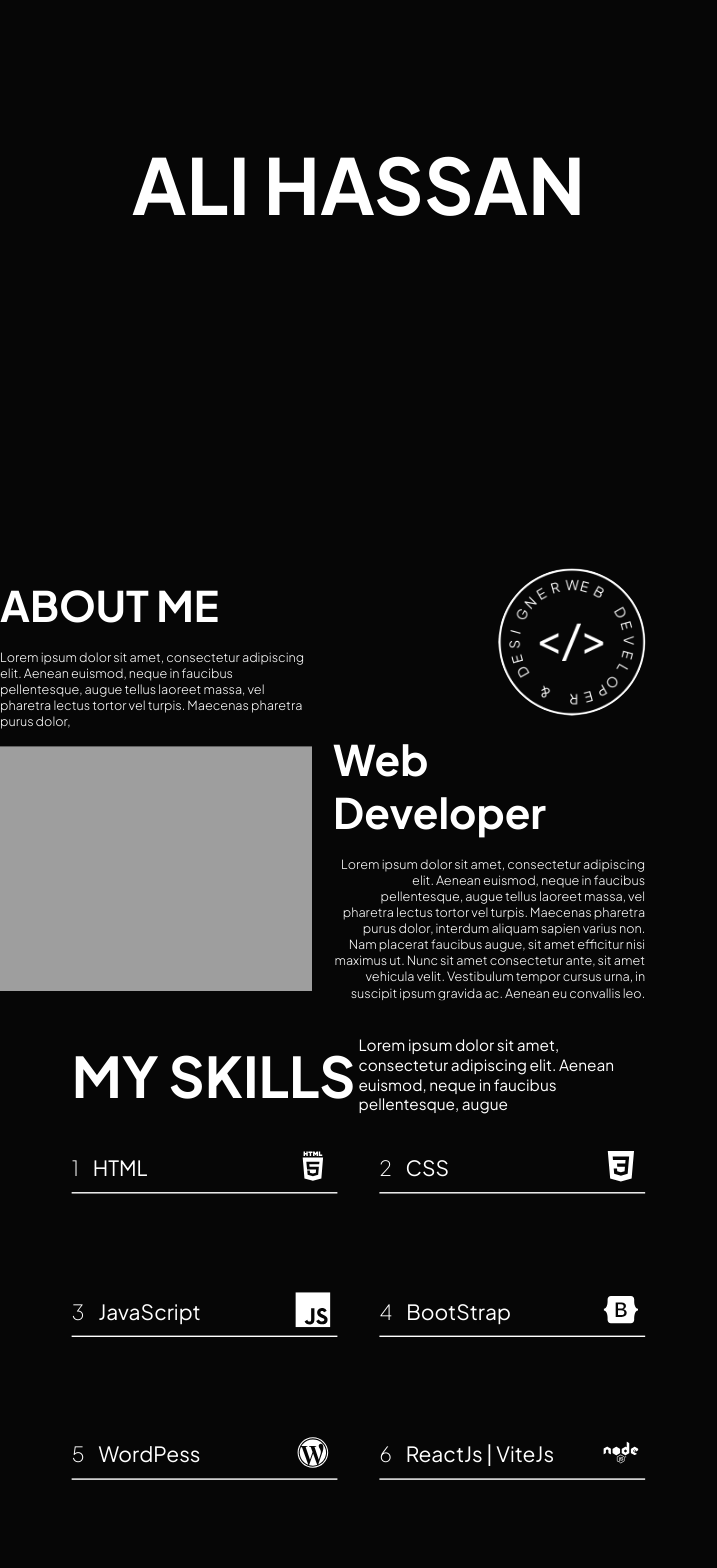
Repository: AliHassan02-Dev/PORTFOLIO
Page: / (app in Front-end/)
These files come from the project's save history. The page is drawn as it stood at one moment and after the next save; the edit follows.
The browser window is 1024 px wide. The pictures show the part of the page from y = 330 to 2570 px (the page is 3735 px tall), at 70% of full size.
Pictures or frames that could not be fetched are drawn as grey boxes. The project was rebuilt for these pictures with package versions that can differ from the ones it lists, and the page was loaded fresh each time. Also part of the build but not shown: Front-end/vite.config.js, Front-end/src/Pages/Projects.jsx, Front-end/src/Pages/AllProjects.jsx, Front-end/src/Components/ProjectPreview.jsx.

Above is the page before, as saved 2024-08-24 07:25:19.

### Front-end/src/main.jsx
import React from 'react'
import ReactDOM from 'react-dom/client'
import App from './App.jsx'
import './App.css'
import { BrowserRouter, Route, Routes } from 'react-router-dom'
import AllProjects from './Pages/AllProjects.jsx'
import ProjectPreview from './Components/ProjectPreview.jsx'

ReactDOM.createRoot(document.getElementById('root')).render(
  <>
    <BrowserRouter>
      <Routes>
        <Route path='/' element={<App />} />
        <Route path='/Projects' element={<AllProjects />} />
        <Route path='/projects/projectPreview' element={<ProjectPreview />} />
      </Routes>
    </BrowserRouter>
  </>
)

### Front-end/src/App.css
@import url("https://fonts.googleapis.com/css2?family=Plus+Jakarta+Sans:ital,wght@0,200..800;1,200..800&display=swap");
* {
  margin: 0;
  padding: 0;
  box-sizing: border-box;
}

body {
  width: 100%;
  height: 100%;
  background-color: #060606;
  color: white;
  font-family: "Plus Jakarta Sans", sans-serif;
}

.mainWrapper {
  width: 100%;
  height: 100%;
  position: relative;
  overflow: hidden;
}

/* HOME CONTAINER CSS */
.homeContainer {
  width: 100vw;
  height: 1000px;
  display: flex;
  flex-direction: column;
}

/* NAVBAR CSS */
/* MENU CSS */
.menu {
  width: 100%;
  height: 1000px;
  position: fixed;
  background-color: #060606;
  transform: translateY(-100%);
  z-index: 20;
  display: flex;
  justify-content: center;
  align-items: center;
  opacity: 0;
}

.menu .links {
  width: 100%;
  display: flex;
  justify-content: center;
  align-items: center;
  flex-direction: column;
  height: 100%;
  gap: 40px;
}

.menu .links a {
  color: white;
  font-size: 40px;
  font-weight: 400;
  text-decoration: none;
  position: relative;
  padding-bottom: 10px;
}
.menu .links a::before {
  content: "";
  position: absolute;
  width: 0%;
  height: 2px;
  background-color: white;
  bottom: 0;
  left: 50%;
  transform: translateX(-50%);
  transition: all 0.3s ease-out;
}
.menu .links a:hover::before {
  width: 100%;
}

.navBar {
  margin: 30px auto;
  width: 80%;
  display: flex;
  justify-content: space-between;
  align-items: center;
  padding: 0px 20px;
  position: relative;
  /* left: 50%;
  transform: translateX(-50%); */
  z-index: 25;
}

.navBar a {
  text-decoration: none;
  font-size: 25px;
  font-weight: 600;
  color: white;
}

.navBar .menuBtn,
.navBar .menuBtn-active {
  width: 30px;
  height: 30px;
  display: flex;
  justify-content: center;
  align-items: flex-end;
  flex-direction: column;
  overflow: hidden;
  cursor: pointer;
  transition: all 0.3s ease-in-out;
  opacity: 1 !important;
}
.navBar .menuBtn span,
.navBar .menuBtn-active span {
  width: 100%;
  height: 3px;
  background-color: white;
  border-radius: 20px;
  cursor: pointer;
  transition: all 0.3s ease-in-out;
  opacity: 1 !important;
}
.navBar .menuBtn #line1 {
  transform: translateY(-8px);
}
.navBar .menuBtn #line2 {
  width: 70%;
}
.navBar .menuBtn #line3 {
  width: 40%;
  transform: translateY(8px);
}
/* ACTIVE CLASSES */
.navBar .menuBtn-active {
  width: 30px;
  height: 30px;
  transition: all 0.3s ease-in-out;
}

.navBar .menuBtn-active #line1 {
  transform: translateY(5px) rotate(45deg) !important;
}
.navBar .menuBtn-active #line2 {
  width: 70%;
  transform: translateX(150%) !important;
}
.navBar .menuBtn-active #line3 {
  width: 100%;
  transform: translateY(-1px) rotate(-45deg) !important;
}

/* HERO SECTION CSS */
.homeContainer .heroContainer {
  width: 100%;
  height: 100%;
  display: flex;
  flex-direction: column;
  justify-content: center;
  align-items: center;
  position: relative;
}

.homeContainer .heroContainer h2 {
  font-size: 180px;
  font-weight: bold;
  position: absolute;
  text-wrap: nowrap;
}
.homeContainer .heroContainer .nonStroke {
  z-index: 5;
}
.homeContainer .heroContainer .strokeText1,
.homeContainer .heroContainer .strokeText2 {
  -webkit-text-stroke: 2px #fff;
  -webkit-text-fill-color: #060606;
  opacity: 0;
}
.homeContainer .heroContainer .strokeText1 {
  transform: translateY(0%);
}
.homeContainer .heroContainer .strokeText2 {
  transform: translateY(0%);
}

/* HERO SECTION RESPONSIVE CSS */

@media (max-width: 1200px) {
  .homeContainer .heroContainer h2 {
    font-size: 110px;
  }
}

@media (max-width: 967px) {
  .homeContainer .heroContainer h2 {
    font-size: 80px;
  }
}

@media (max-width: 767px) {
  .homeContainer .heroContainer h2 {
    font-size: 70px;
  }
}

@media (max-width: 567px) {
  .homeContainer .heroContainer h2 {
    font-size: 50px;
  }
}

/* HERO SECTION END */

/* ABOUT SECTION CSS */
.mainWrapper .aboutContainer {
  width: 80%;
  height: 1000px;
  display: flex;
  justify-content: center;
  align-items: center;
  margin: auto;
  gap: 30px;
}

.mainWrapper .aboutContainer .left,
.mainWrapper .aboutContainer .right {
  flex: 1;
  display: flex;
  flex-direction: column;
  gap: 25px;
  overflow: hidden;
}

.mainWrapper .aboutContainer .left h2 {
  color: white;
  font-size: 80px;
  font-weight: bold;
}

.mainWrapper .aboutContainer .left p {
  color: white;
  font-size: 22px;
  font-weight: 300;
}

.mainWrapper .aboutContainer .left .imageBox {
  width: 100%;
  height: 350px;
  background-image: url(./assets/2.jpg);
  background-position: center;
  background-repeat: no-repeat;
  background-size: cover;
  transform-origin: top;
}

.mainWrapper .aboutContainer .right {
  align-items: flex-end;
}

.mainWrapper .aboutContainer .right .circleImg {
  width: 300px;
  height: 300px;
  border-radius: 100%;
  background-image: url(./assets/circleText.png);
  background-position: center;
  background-repeat: no-repeat;
  background-size: cover;
}

.mainWrapper .aboutContainer .right h2 {
  color: white;
  font-size: 80px;
  font-weight: bold;
}

.mainWrapper .aboutContainer .right p {
  color: white;
  font-size: 22px;
  font-weight: 300;
  text-align: right;
}

/* ABOUT SECTION RESPONSIVE */

@media (max-width: 1200px) {
  .mainWrapper .aboutContainer {
    width: 90%;
    height: auto;
    margin: 50px 0px;
  }

  .mainWrapper .aboutContainer .left h2 {
    font-size: 60px;
  }

  .mainWrapper .aboutContainer .left p {
    font-size: 18px;
  }

  .mainWrapper .aboutContainer .left .imageBox {
    width: 100%;
    height: 350px;
    background-image: url(./assets/2.jpg);
    background-position: center;
    background-repeat: no-repeat;
    background-size: cover;
    transform-origin: top;
  }

  .mainWrapper .aboutContainer .right .circleImg {
    width: 210px;
    height: 210px;
  }

  .mainWrapper .aboutContainer .right h2 {
    font-size: 60px;
  }

  .mainWrapper .aboutContainer .right p {
    font-size: 18px;
  }
}

/* ABOUT SECTION CSS END */

/* SKILLS SECTION CSS */
.mainWrapper .skillsContainer {
  width: 80%;
  height: 1000px;
  display: flex;
  justify-content: center;
  flex-direction: column;
  margin: auto;
  gap: 30px;
  overflow: hidden;
}

.mainWrapper .skillsContainer .top {
  width: 100%;
  display: flex;
  justify-content: space-between;
  align-items: center;
}

.mainWrapper .skillsContainer .top .left,
.mainWrapper .skillsContainer .top .right {
  flex: 1;
}

.mainWrapper .skillsContainer .top .left h2 {
  font-size: 80px;
  font-weight: bold;
  color: white;
}
.mainWrapper .skillsContainer .top .right p {
  font-size: 22px;
}

.mainWrapper .skillsContainer .bottom {
  width: 100%;
  display: flex;
  justify-content: space-between;
  align-items: flex-start;
  margin: 20px 0px;
}

.mainWrapper .skillsContainer .bottom {
  width: 100%;
  height: 100%;
  display: grid;
  grid-template-columns: 1fr 1fr;
  grid-template-rows: auto auto auto auto;
  gap: 0px 60px;
}
.mainWrapper .skillsContainer .bottom .skillBar {
  width: 100%;
  display: flex;
  justify-content: space-between;
  align-items: center;
  padding-bottom: 10px;
  position: relative;
  cursor: pointer;
}
.mainWrapper .skillsContainer .bottom .skillBar .left {
  display: flex;
  align-items: center;
  gap: 20px;
}

.mainWrapper .skillsContainer .bottom .skillBar .left p {
  color: white;
  font-size: 30px;
  font-weight: 200;
}
.mainWrapper .skillsContainer .bottom .skillBar .left h2 {
  color: white;
  font-size: 30px;
  font-weight: 400;
}

.mainWrapper .skillsContainer .bottom .skillBar .right .skillLogo {
  font-size: 50px;
  color: white;
  margin-right: 10px;
}

/* PROJECTS SECTION CSS */
.mainWrapper .projectContainer {
  width: 80%;
  height: 1000px;
  display: flex;
  justify-content: center;
  flex-direction: column;
  margin: auto;
  gap: 30px;
}

.mainWrapper .projectContainer .top {
  width: 100%;
  display: flex;
  justify-content: space-between;
  align-items: center;
}

.mainWrapper .projectContainer .top .left,
.mainWrapper .projectContainer .top .right {
  flex: 1;
}

.mainWrapper .projectContainer .top .left h2 {
  font-size: 80px;
  font-weight: bold;
  color: white;
}
.mainWrapper .projectContainer .top .right p {
  font-size: 22px;
}

.mainWrapper .projectContainer .bottom {
  width: 100%;
  display: flex;
  margin-top: 50px;
}

.mainWrapper .projectContainer .bottom {
  display: flex;
  flex-direction: column;
  overflow: hidden;
  gap: 100px;
}

.mainWrapper .projectContainer .bottom .projectBar {
  display: flex;
  justify-content: space-between;
  align-items: center;
  padding-bottom: 5px;
  position: relative;
  cursor: pointer;
  cursor: pointer;
}
.line {
  width: 100%;
  height: 2px;
  background-color: white;
  position: absolute;
  bottom: 0;
  left: 0;
}
.projectLine {
  width: 100%;
  height: 2px;
  background-color: white;
  position: absolute;
  bottom: 0;
  left: 0;
}
.mainWrapper .projectContainer .bottom .projectBar .left {
  display: flex;
  align-items: center;
  gap: 20px;
}

.mainWrapper .projectContainer .bottom .projectBar .left p {
  color: white;
  font-size: 30px;
  font-weight: 200;
}
.mainWrapper .projectContainer .bottom .projectBar .left h2 {
  color: white;
  font-size: 30px;
  font-weight: 400;
}

.mainWrapper .projectContainer .bottom .projectBar .right .arrow {
  font-size: 30px;
  color: white;
  margin-right: 10px;
  transform: rotate(-40deg);
}

/* HORIZONTAL SCROLING CSS */

.aboutSection,
.skillsSection,
.projectSection {
  width: 100vw;
  height: 1000px;
}

.aboutSection {
  background-color: burlywood;
}

.skillsSection {
  background-color: peru;
}

.projectSection {
  background-color: palegoldenrod;
}

.horizontalScrolling {
  display: flex;
  flex-wrap: nowrap;
}

/* .containers {
  position: absolute;
  top: 0 !important;
  left: 50% !important;
  transform: translateX(100%) !important;
} */

/* RIBBONS SECTION CSS */
.mainWrapper .ribbonContainer {
  width: 100%;
  display: flex;
  align-items: center;
  margin: 50px 0px;
}

.mainWrapper .ribbonContainer p {
  color: white;
  font-size: 80px;
  font-weight: bold;
  text-wrap: nowrap;
}
.mainWrapper .ribbonContainer span {
  -webkit-text-stroke: 1px #fff;
  -webkit-text-fill-color: #060606;
}

/* FOOTER SECTION CSS */
.footer {
  width: 100%;
  display: flex;
  justify-content: space-between;
  align-items: center;
  width: 80%;
  margin: 40px auto;
}

.footer .left {
  display: flex;
  flex-direction: column;
  gap: 20px;
}

.footer .left .socialLinks {
  display: flex;
  align-items: center;
  gap: 20px;
}
.footer .left .socialLinks a {
  font-size: 20px;
  font-weight: 400;
  color: white;
  text-decoration: none;
}
.footer .left p {
  color: white;
  font-size: 18px;
  font-weight: 200;
}

.footer .right h2 {
  font-size: 40px;
  font-weight: 600;
  color: white;
  cursor: pointer;
}

/* ALL PROJECTS PAGE CSS */
.projectsContainer {
  width: 80%;
  height: 100%;
  margin: auto;
  padding: 40px 10px;
}

.projectsContainer .topBar {
  width: 100%;
  display: flex;
  justify-content: space-between;
  align-items: center;
}

.projectsContainer .topBar .left h2 {
  font-size: 60px;
  font-weight: bold;
  color: white;
}

.projectsContainer .topBar .right button {
  background: none;
  border: none;
  outline: none;
  position: relative;
  overflow: hidden;
}

.projectsContainer .topBar .right button a {
  color: white;
  font-size: 22px;
  font-weight: 400;
  text-decoration: none;
  position: relative;
  display: block;
  padding-bottom: 5px;
  transition: 0.3s transform linear;
}
.projectsContainer .topBar .right button a::before {
  content: "";
  position: absolute;
  width: 100%;
  height: 2px;
  background-color: white;
  bottom: 0%;
  transform: translateX(200%);
  display: block;
  transition: 0.3s transform linear;
}
.projectsContainer .topBar .right button:hover a::before {
  transform: translateX(0%);
  transition: 0.3s transform linear;
}

.projectsContainer .hdg {
  font-size: 60px;
  font-weight: bold;
  color: white;
}

.projectsContainer .projectsWrapper {
  width: 100%;
  height: 100%;
  display: grid;
  grid-template-columns: 1fr 1fr 1fr;
  gap: 25px;
  margin: 50px 0px;
}

.projectsContainer .projectsWrapper .projectBox {
  width: 100%;
  max-width: 520px;
  height: 520px;
  margin-bottom: 20px;
}

.projectsContainer .projectsWrapper .projectBox .thumbnail {
  width: 100%;
  height: 100%;
  position: relative;
  overflow: hidden;
}

.projectsContainer .projectsWrapper .projectBox .thumbnail img {
  width: 100%;
  height: 100%;
  object-fit: cover;
  border-radius: 10px;
}

.projectsContainer .projectsWrapper .projectBox .thumbnail .overlay {
  width: 100%;
  height: 100%;
  display: flex;
  justify-content: center;
  align-items: center;
  gap: 40px;
  background-color: rgba(0, 0, 0, 0.6);
  position: absolute;
  top: -100%;
  transition: all 0.3s ease-in-out;
  border-radius: 10px;
}
.projectsContainer .projectsWrapper .projectBox .thumbnail:hover .overlay {
  top: 0;
}

.projectsContainer .projectsWrapper .projectBox .thumbnail .overlay .iconBox {
  display: flex;
  justify-content: center;
  align-items: center;
  padding: 15px;
  border-radius: 100%;
  cursor: pointer;
  transition: all 0.3s ease-in-out;
}
.projectsContainer
  .projectsWrapper
  .projectBox
  .thumbnail
  .overlay
  .iconBox:hover {
  background-color: rgba(255, 255, 255, 0.25);
  backdrop-filter: blur(20px);
}

.projectsContainer .projectsWrapper .projectBox .thumbnail .overlay .linkIcon {
  font-size: 25px;
  color: white;
}

/* PROJECT DETAILS CSS */
.projectDetails {
  width: 80%;
  height: 100%;
  display: flex;
  justify-content: space-between;
  margin: 40px auto;
  gap: 40px;
}

.projectDetails .left {
  flex: 2;
}

.projectDetails .left img {
  width: 100%;
}

.projectDetails .right {
  flex: 1;
  display: flex;
  flex-direction: column;
  gap: 40px;
  margin: 20px 0px;
}

.projectDetails .right .projectContent {
  width: 100%;
  padding: 20px;
  display: flex;
  flex-direction: column;
  gap: 20px;
  border-bottom: 1px solid rgba(255, 255, 255, 0.45);
}

.projectDetails .right .projectContent h2 {
  color: white;
  font-size: 25px;
  font-weight: 600;
}

.projectDetails .right .projectContent p {
  color: white;
  font-size: 20px;
  font-weight: 400;
}

.projectDetails .right .projectTechnology {
  border-bottom: 1px solid rgba(255, 255, 255, 0.45);
  width: 100%;
  padding: 20px;
  display: flex;
  justify-content: center;
  flex-direction: column;
  gap: 20px;
}

.projectDetails .right .projectTechnology h2 {
  color: white;
  font-size: 24px;
  font-weight: 600;
}

.projectDetails .right .projectTechnology .icons {
  display: flex;
  align-items: center;
  gap: 40px;
  flex-wrap: wrap;
}

.projectDetails .right .projectTechnology .techName {
  color: white;
  font-size: 60px;
  cursor: pointer;
  padding: 8px;
  transition: 0.3s ease-in-out;
}

.techName {
  color: white;
  font-size: 40px;
  cursor: pointer;
  padding: 8px;
  transition: 0.3s ease-in-out;
}

/* SKILL LOGOS COLOR */
.projectDetails .right .projectTechnology .techName:hover.html {
  background-color: #f16529;
  padding: 8px;
  border-radius: 5px;
}
.projectDetails .right .projectTechnology .techName:hover.css {
  background-color: #264de4;
  padding: 8px;
  border-radius: 5px;
}
.projectDetails .right .projectTechnology .techName:hover.js {
  color: #f7e018 !important;
  padding: 8px;
}
.projectDetails .right .projectTechnology .techName:hover.react {
  background-color: #61dbfb;
  padding: 8px;
  border-radius: 5px;
}
.projectDetails .right .projectTechnology .techName:hover.wordpress {
  background-color: #21759b;
  padding: 8px;
  border-radius: 5px;
}
.projectDetails .right .projectTechnology .techName:hover.node,
.projectDetails .right .projectTechnology .techName:hover.mongodb {
  background-color: #539e43;
  padding: 8px;
  border-radius: 5px;
}
.projectDetails .right .projectTechnology .techName:hover.vite {
  background: linear-gradient(
    90deg,
    rgba(88, 194, 254, 1) 0%,
    rgba(175, 83, 255, 1) 100%
  );
  padding: 8px;
  border-radius: 5px;
}

.techName:hover.figma {
  background: linear-gradient(
    180deg,
    rgba(242, 78, 30, 1) 0%,
    rgba(255, 114, 98, 1) 25%,
    rgba(162, 89, 255, 1) 50%,
    rgba(26, 188, 254, 1) 75%,
    rgba(10, 207, 131, 1) 100%
  );
  padding: 8px;
  border-radius: 5px;
}
.techName:hover.website {
  background: gray;
  padding: 8px;
  border-radius: 5px;
}

.projectDetails .right .links {
  border-bottom: 1px solid rgba(255, 255, 255, 0.45);
  width: 100%;
  padding: 20px;
  display: flex;
  flex-direction: column;
  justify-content: center;
  gap: 20px;
}

.projectDetails .right .links h2 {
  color: white;
  font-size: 24px;
  font-weight: 600;
}

.projectDetails .right .links .icons {
  display: flex;
  align-items: center;
  flex-direction: row;
  gap: 20px;
}

.projectDetails .right .links .linkIcon {
  color: white;
  font-size: 50px;
  padding: 10px;
  border-radius: 100%;
  cursor: pointer;
  transition: 0.3s ease-in-out;
}
.projectDetails .right .links .linkIcon:hover {
  background-color: rgba(255, 255, 255, 0.25);
  backdrop-filter: blur(20px);
}

### Front-end/src/Pages/Home.jsx
import React from 'react'
import { useGSAP } from '@gsap/react';
import gsap from 'gsap';
import { ScrollTrigger } from 'gsap/ScrollTrigger';
import Navbar from '../Components/Navbar';
gsap.registerPlugin(ScrollTrigger);

const Home = () => {

    // useGSAP(() => {
    //     // HOME SECTION ANIMATIONS

    //     let tlHome = gsap.timeline({
    //         scrollTrigger: {
    //             trigger: '.homeContainer',
    //             scoller: 'body',
    //             markers: true,
    //             start: 'top 0%',
    //             end: 'top -100%',
    //             scrub: 1,
    //             pin: true,
    //         }
    //     })

    //     tlHome.from('.homeContainer .heroContainer .nonStroke', {
    //         opacity: 0,
    //         duration: 1,
    //     })
    //     tlHome.to('.homeContainer .heroContainer .strokeText1', {
    //         transform: 'translateY(-80%)',
    //         opacity: 1,
    //         duration: 1,
    //     })
    //     tlHome.to('.homeContainer .heroContainer .strokeText2', {
    //         transform: 'translateY(80%)',
    //         opacity: 1,
    //         duration: 1,
    //     })
    // })

    return (
        <div className='homeContainer'>
            {/* <Navbar /> */}
            <div className="heroContainer">
                <h2 className='strokeText1'>WEB DEVELOPER</h2>
                <h2 className='nonStroke'>ALI HASSAN</h2>
                <h2 className='strokeText2'>WEB DESIGNER</h2>
            </div>
        </div>
    )
}

export default Home

### Front-end/src/Components/Footer.jsx
import React from "react";

const Footer = () => {
  return (
    <div className="footer">
      <div className="left">
        <p>All Rights Reserved By AHS 2024</p>
      </div>
      <div className="right">
        <h2>LET'S TALK</h2>
      </div>
    </div>
  );
};

export default Footer;

### Front-end/src/Components/Navbar.jsx
import React, { useEffect, useState } from 'react'
import { useGSAP } from '@gsap/react';
import gsap from 'gsap';
import { ScrollTrigger } from 'gsap/ScrollTrigger';
gsap.registerPlugin(ScrollTrigger)

const Navbar = ({ setClickedOnOpen, clickedOnOpen }) => {

    const handleClick = () => {
        setClickedOnOpen(!clickedOnOpen)
    }
    // useGSAP(() => {
    //     gsap.from('.navBar a', {
    //         transform: 'translateY(-10px)',
    //         opacity: 0,
    //         duration: 0.5,
    //         delay: 0.5
    //     })
    //     gsap.from('.navBar .menuBtn, .navBar .menuBtn-active', {
    //         transform: 'translateY(-10px)',
    //         opacity: 0,
    //         duration: 0.5,
    //         delay: 0.8
    //     })
    //     gsap.from('.navBar .menuBtn span, .navBar .menuBtn-active span', {
    //         transform: 'translateX(200px)',
    //         opacity: 0,
    //         duration: 0.5,
    //         delay: 1,
    //         stagger: 0.3
    //     })
    // })
    return (
        <div className='navBar'>
            {/* <div className="left"> */}
            <a href="">PORTFOLIO</a>
            {/* </div> */}
            {/* <div className="right"> */}
            <div className={`${clickedOnOpen ? 'menuBtn-active' : 'menuBtn'}`} onClick={handleClick}>
                <span id='line1'></span>
                <span id='line2'></span>
                <span id='line3'></span>
                {/* </div> */}
            </div>
        </div>
    )
}

export default Navbar

### Front-end/src/Components/ProjectsBox.jsx
import React from "react";
import { GoLink } from "react-icons/go";
import { FaArrowUpRightFromSquare } from "react-icons/fa6";
import { projectsData } from "../data";
import { Link, useNavigate } from "react-router-dom";

const ProjectsBox = () => {
  const navigate = useNavigate();

  return (
    <div className="projectsWrapper">
      {projectsData?.map((projects) => {
        return (
          <div className="projectBox">
            <div className="thumbnail">
              <img src={projects?.thumbnail} alt="" />
              <div className="overlay">
                <div className="iconBox">
                  <Link target={"_blank"} to={projects?.websiteLink}>
                    <GoLink className="linkIcon" />
                  </Link>
                </div>
                <div
                  className="iconBox"
                  onClick={() =>
                    navigate("/projects/projectPreview", { state: projects })
                  }
                >
                  <FaArrowUpRightFromSquare className="linkIcon" />
                </div>
              </div>
            </div>
          </div>
        );
      })}
    </div>
  );
};
export default ProjectsBox;

Loaded but not shown: Front-end/index.html (common file); Front-end/src/data.js (59 lines, source omitted); Front-end/src/Pages/Skills.jsx (169 lines, source omitted); Front-end/src/Pages/About.jsx (80 lines, source omitted); Front-end/src/App.jsx (87 lines, source omitted)

After the next save:
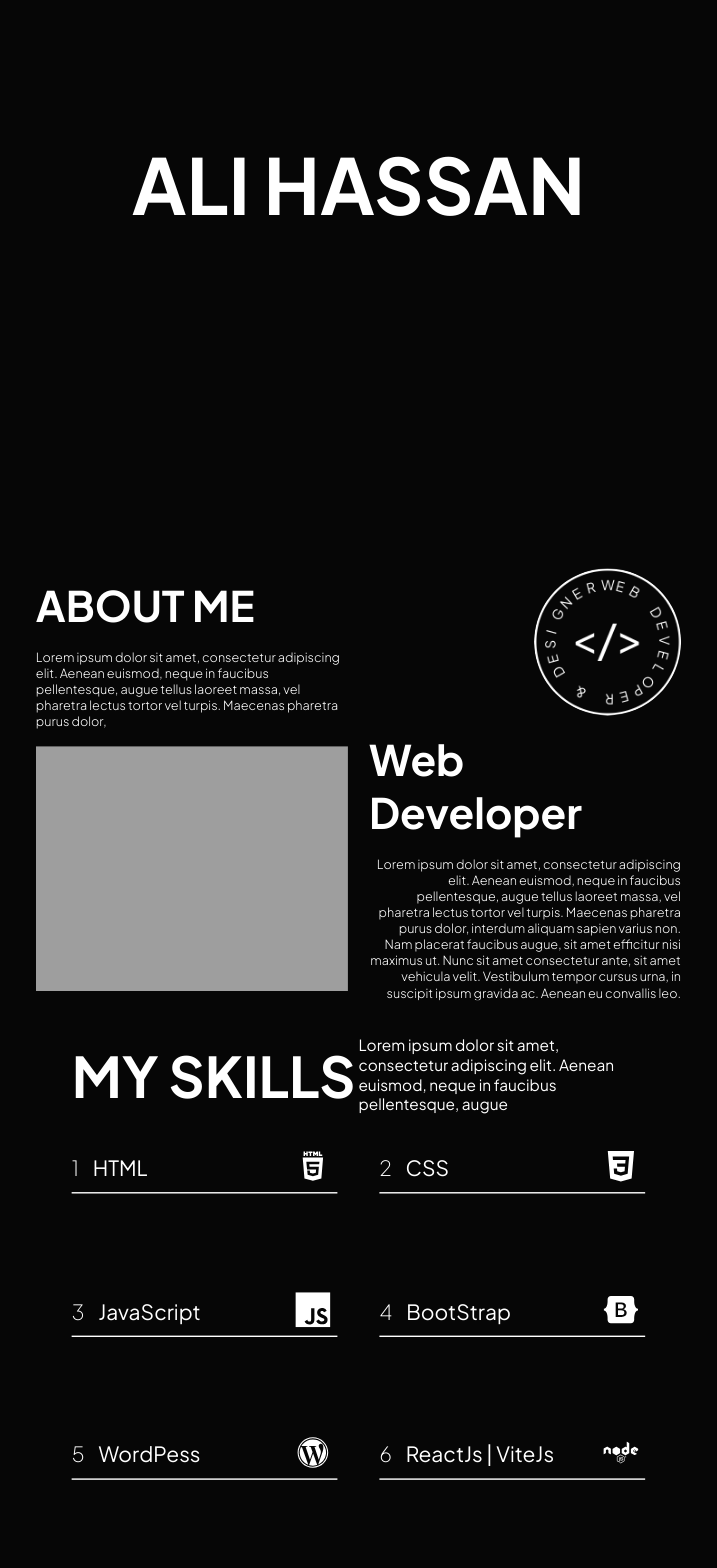
Saved 14 s later.
--- a/Front-end/src/App.css
+++ b/Front-end/src/App.css
@@ -284,7 +284,7 @@ body {
   .mainWrapper .aboutContainer {
     width: 90%;
     height: auto;
-    margin: 50px 0px;
+    margin: 50px auto;
   }
 
   .mainWrapper .aboutContainer .left h2 {
